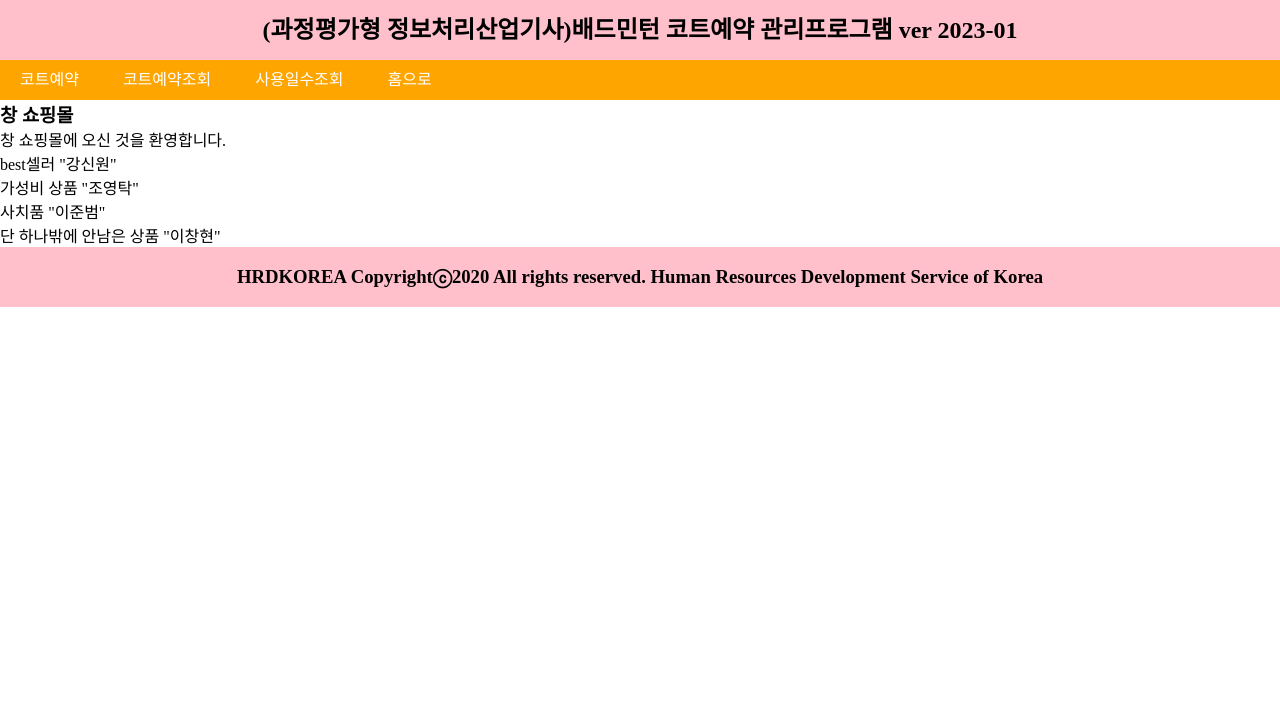
Repository: s25-30420/shopping
Page: http://localhost/shop/
The author's editor kept a copy of each file at every save. The page is drawn from the files as they stood at one save, then again after the next save.
The browser window is 1280 px wide. The pictures show the whole page.
The page is served by Tomcat 9.

Above is the page before, as saved 2025-09-08 00:20:04.

After the next save:
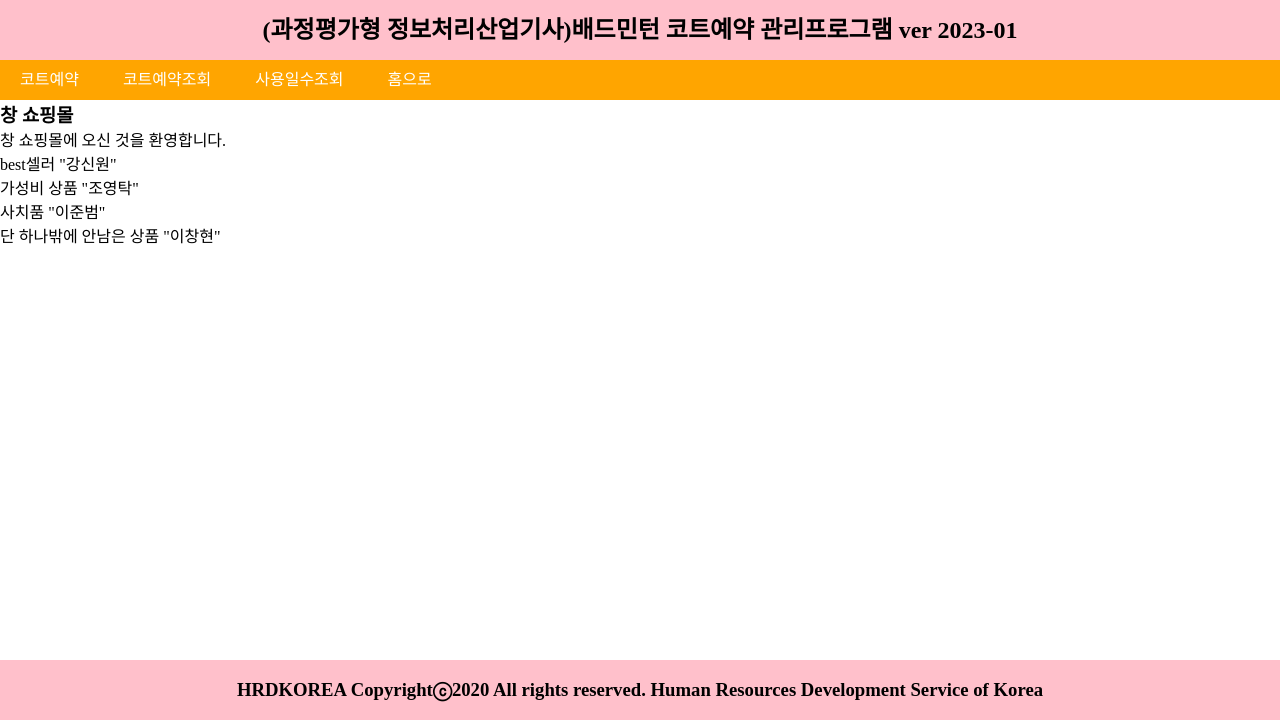
Saved 94 s later.
--- a/shop/src/main/webapp/index.jsp
+++ b/shop/src/main/webapp/index.jsp
@@ -14,7 +14,7 @@
 	}
 	section{
 		width: 100%;
-
+		height: calc(100vh - 160px);
 	}
 
 </style>
